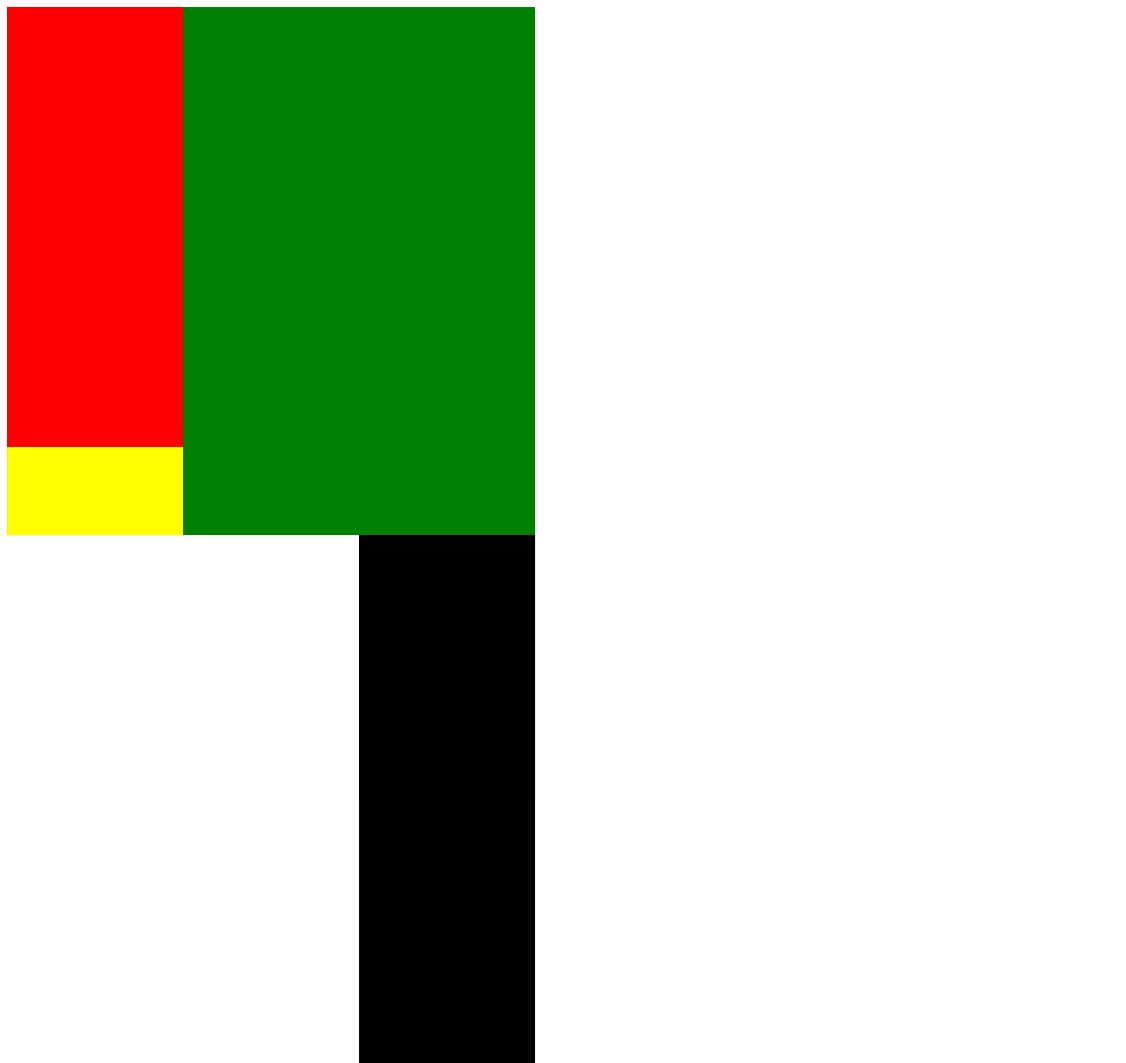
Repository: Seokho96/CSSPractice
Page: css/work01/WebContent/index01.html
These files come from the project's save history. The page is drawn as it stood at one moment and after the next save; the edit follows.
The browser window is 1280 px wide. The pictures show the whole page, at 88% of full size.

Above is the page before, as saved 2020-07-13 05:52:40.

After the next save:
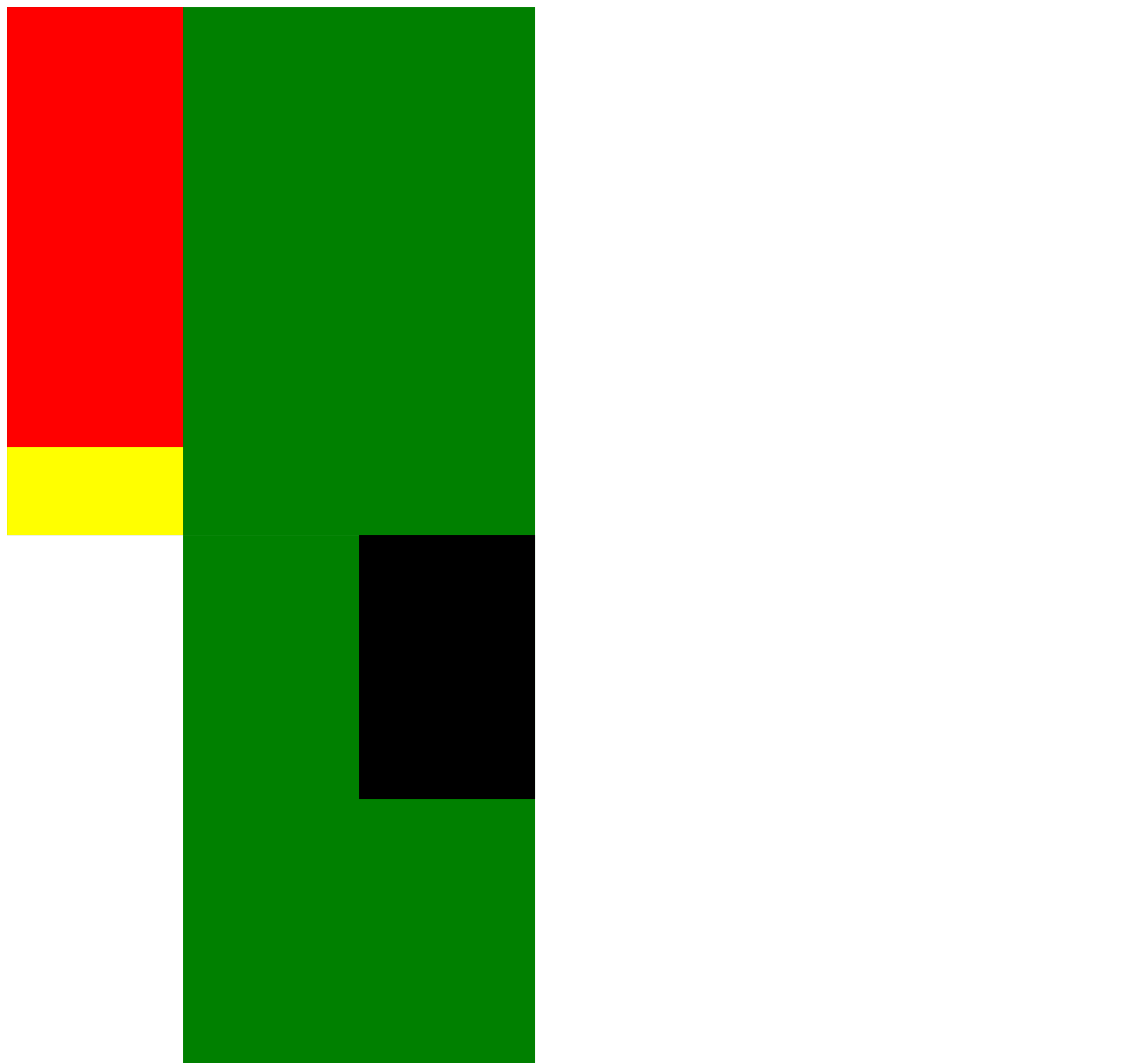
Saved 2 min 26 s later.
--- a/css/work01/WebContent/index01.html
+++ b/css/work01/WebContent/index01.html
@@ -11,12 +11,6 @@
    height: 600px;
    background-color: green;
 }
-/* #halfdown{
-  width: 200px;
-  height: 200px;
-  background-color: blue;
-}
- */
 #left{
    width: 200px;
    height: 600px;
@@ -35,9 +29,9 @@
    float: left;
 }
 #right{
-   width: 200px;
+   width: 400px;
    height: 600px;
-   background-color: black;
+   background-color: green;
    float: right;
 }
 #righttop{
@@ -54,8 +48,7 @@
 <body>
 
 <div id="fullscreen">
-<div id="halfdown">
-</div>
+
 <div id="left">
 <div id="lefttop">
 </div>
@@ -63,6 +56,8 @@
 </div>
 </div>
 <div id="right">
+<div id="rightmiddle">
+</div>
 <div id="righttop">
 </div>
 <div id="rightdown">
